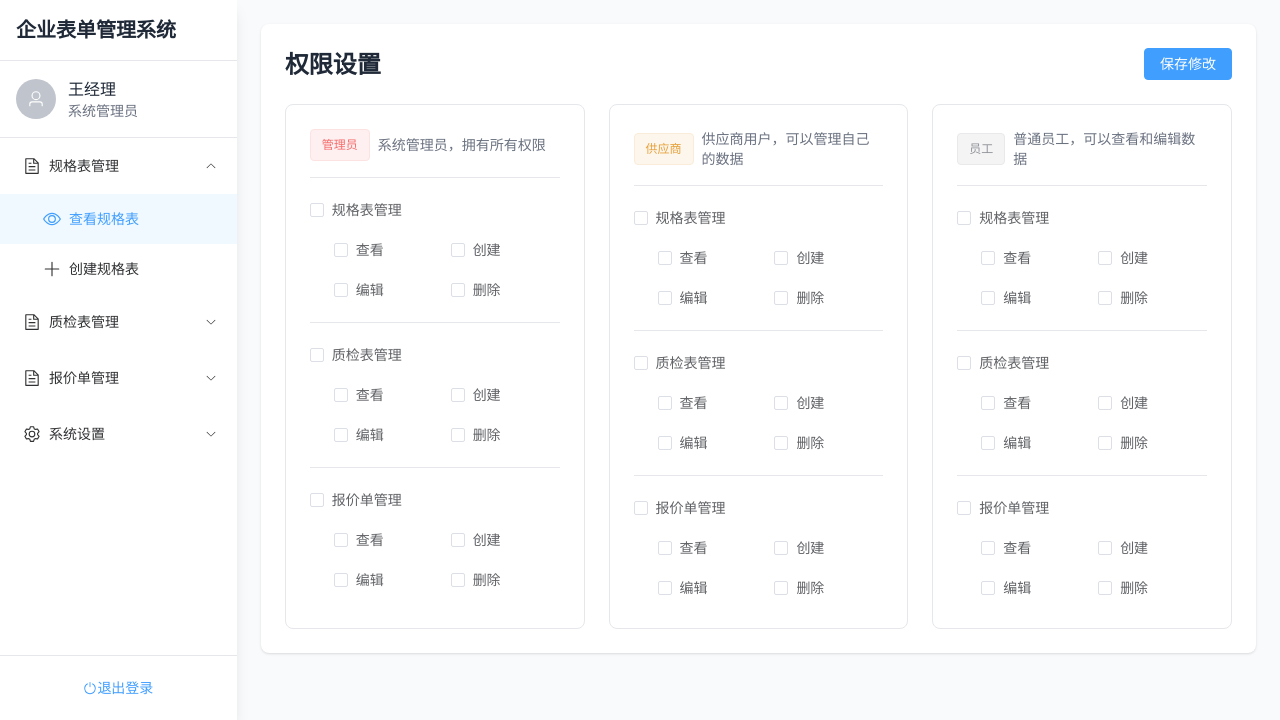
Repository: restyhap/yarn-vite-web-01-02
Page: /settings/permissions
An editor plug-in stored every save of this project. The page is shown before and after the next save, followed by the edit.
The browser window is 1280 px wide. The pictures show the whole page.
The project was rebuilt for these pictures with package versions that can differ from the ones it lists, and the page was loaded fresh each time. Also part of the build but not shown: vite.config.js, src/views/login/Login.vue.

Above is the page before, as saved 2025-02-24 19:17:22.

After the next save:
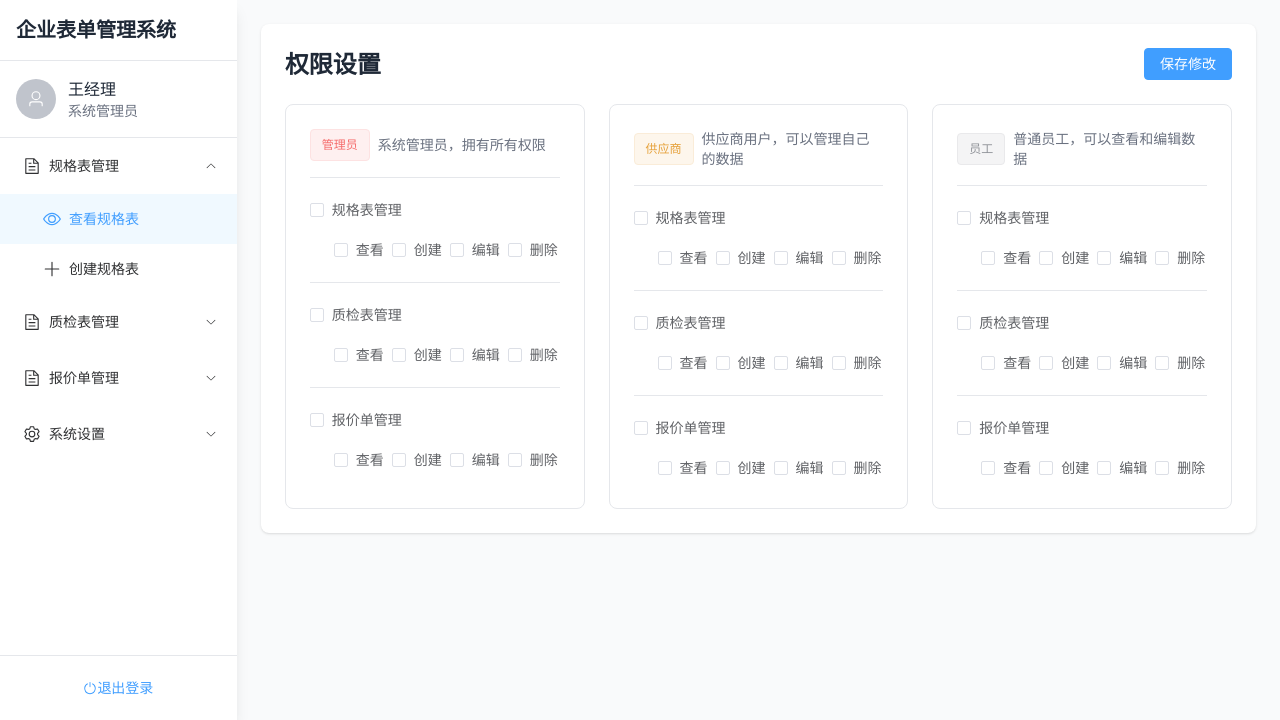
Saved 67 s later.
--- a/src/views/index/settings/Permissions.vue
+++ b/src/views/index/settings/Permissions.vue
@@ -30,7 +30,7 @@
                   </el-checkbox>
                 </div>
 
-                <div class="ml-6 grid grid-cols-2 gap-2">
+                <div class="ml-6 flex grid-cols-2 gap-2">
                   <div v-for="permission in module.permissions" :key="permission.id">
                     <el-checkbox
                       v-model="role.permissions[`${module.id}_${permission.id}`]"
